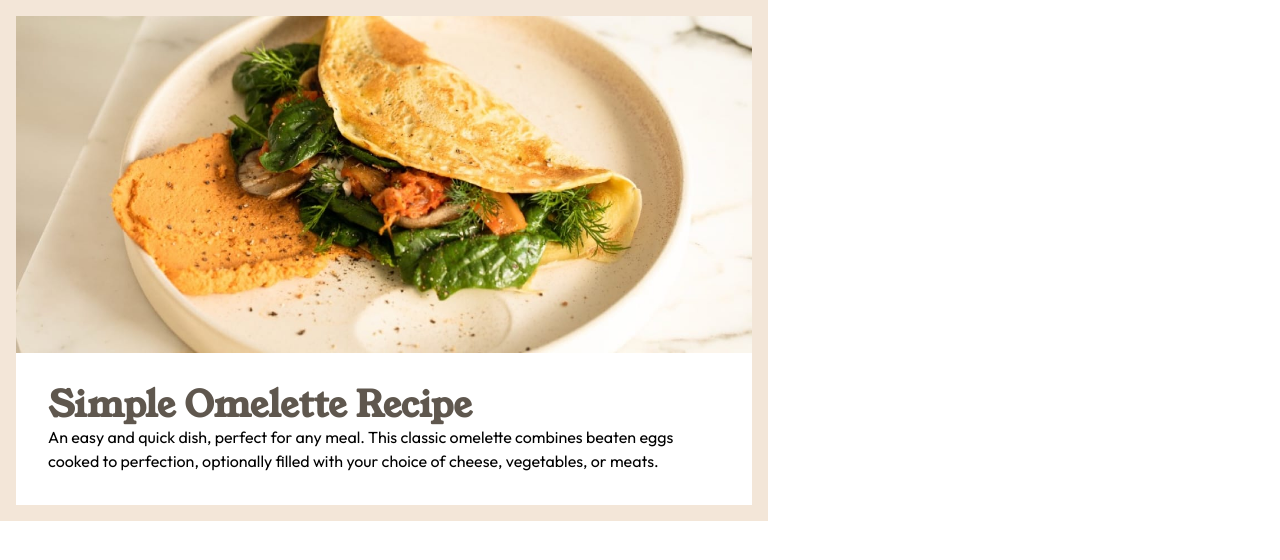
Repository: nivrii/recipe-page-main
Page: /
The author's editor kept a copy of each file at every save. The page is drawn from the files as they stood at one save, then again after the next save.
The browser window is 1280 px wide. The pictures show the whole page.
The project was rebuilt for these pictures with package versions that can differ from the ones it lists, and the page was loaded fresh each time. Also part of the build but not shown: vite.config.js, src/index.css.

Above is the page before, as saved 2024-03-23 14:20:30.

After the next save:
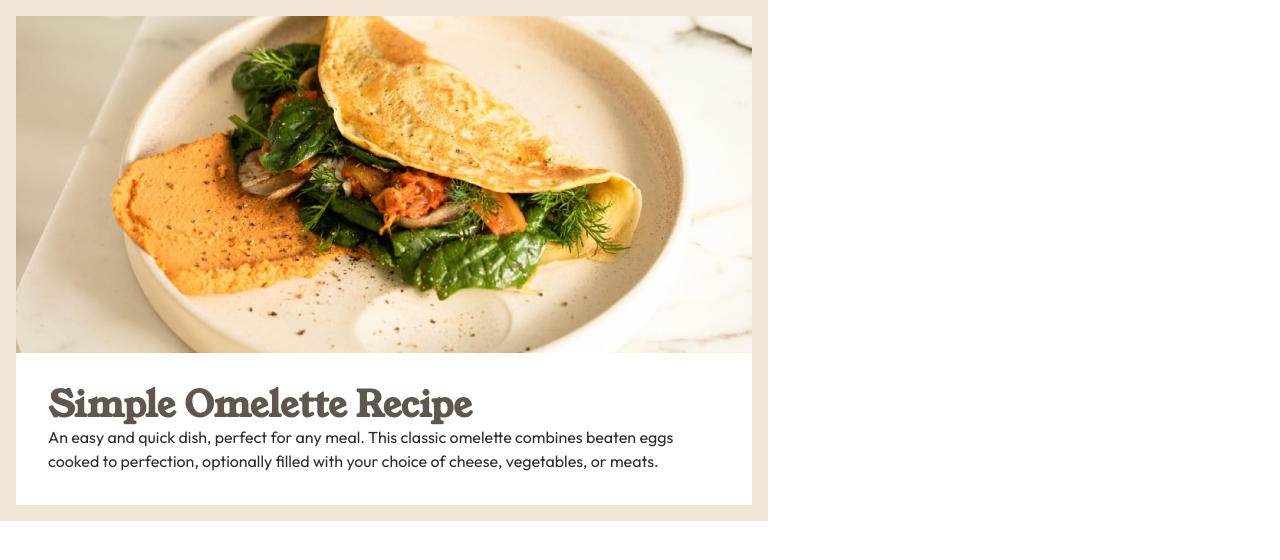
Saved 22 s later.
--- a/src/App.jsx
+++ b/src/App.jsx
@@ -11,7 +11,7 @@ function App() {
         <h1 className="text-left text-wengeBrown text-4xl font-bold font-young">
           Simple Omelette Recipe
         </h1>
-        <p className="text-left font-outfit">
+        <p className="text-left font-outfit text-darkCharcoal">
           An easy and quick dish, perfect for any meal. This classic omelette
           combines beaten eggs cooked to perfection, optionally filled with your
           choice of cheese, vegetables, or meats.
